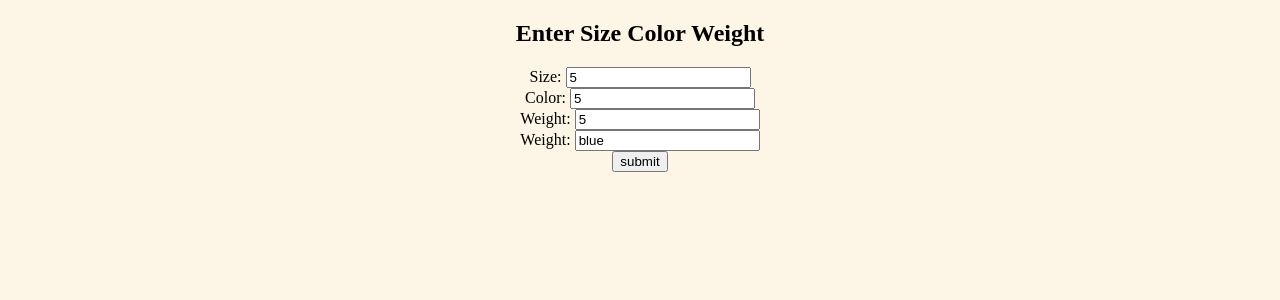
Repository: derekpwwong/jee-workspace
Page: workspace/workspace/WebServlet/WebContent/setColorSizeWeight.html
These files come from the project's save history. The page is drawn as it stood at one moment and after the next save; the edit follows.
The browser window is 1280 px wide. The pictures show the whole page.

Above is the page before, as saved 2016-11-05 19:34:26.

### workspace/workspace/WebServlet/WebContent/setColorSizeWeight.html
<!DOCTYPE html>
<html>
<head>
<meta charset="ISO-8859-1">
<title>Set the Color Size and Weight</title>
</head>
<body style="background-color:#fdf5e6;">
<h2 style="text-align:center;">Enter Size Color Weight</h2>
<!-- action is the url of the server side that will receive data -->
  <form action="example.jsp" method="get">
<center>
<label>
	Size:
	<input type="text" name="size" value="5"></input><br>
</label>

<label>
	Color:
	<input type="text" name="color" value="5"></input><br>
</label>

<label>
	Weight:
	<input type="text" name="weight" value="5"></input><br>
</label>
<label>
	Weight:
	<input type="text" name="bgColor" value="blue"></input><br>
</label>
<input type="submit" value="submit">
</center>
</form>
</body>
</html>

After the next save:
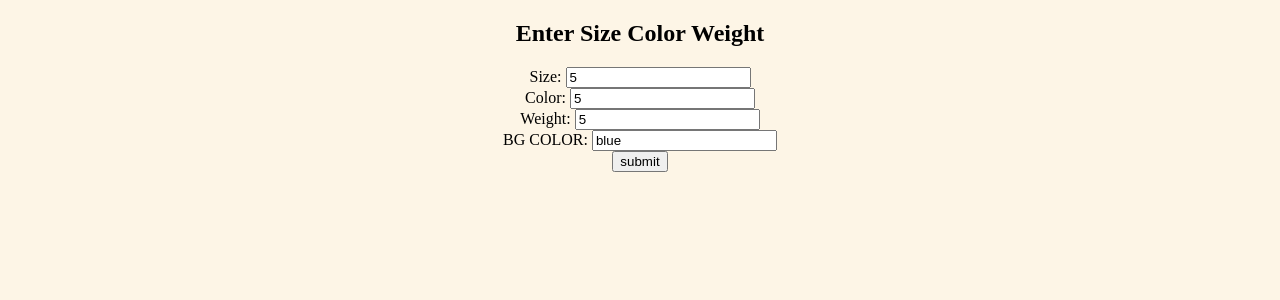
Saved 7 s later.
--- a/workspace/workspace/WebServlet/WebContent/setColorSizeWeight.html
+++ b/workspace/workspace/WebServlet/WebContent/setColorSizeWeight.html
@@ -24,7 +24,7 @@
 	<input type="text" name="weight" value="5"></input><br>
 </label>
 <label>
-	Weight:
+	BG COLOR:
 	<input type="text" name="bgColor" value="blue"></input><br>
 </label>
 <input type="submit" value="submit">
